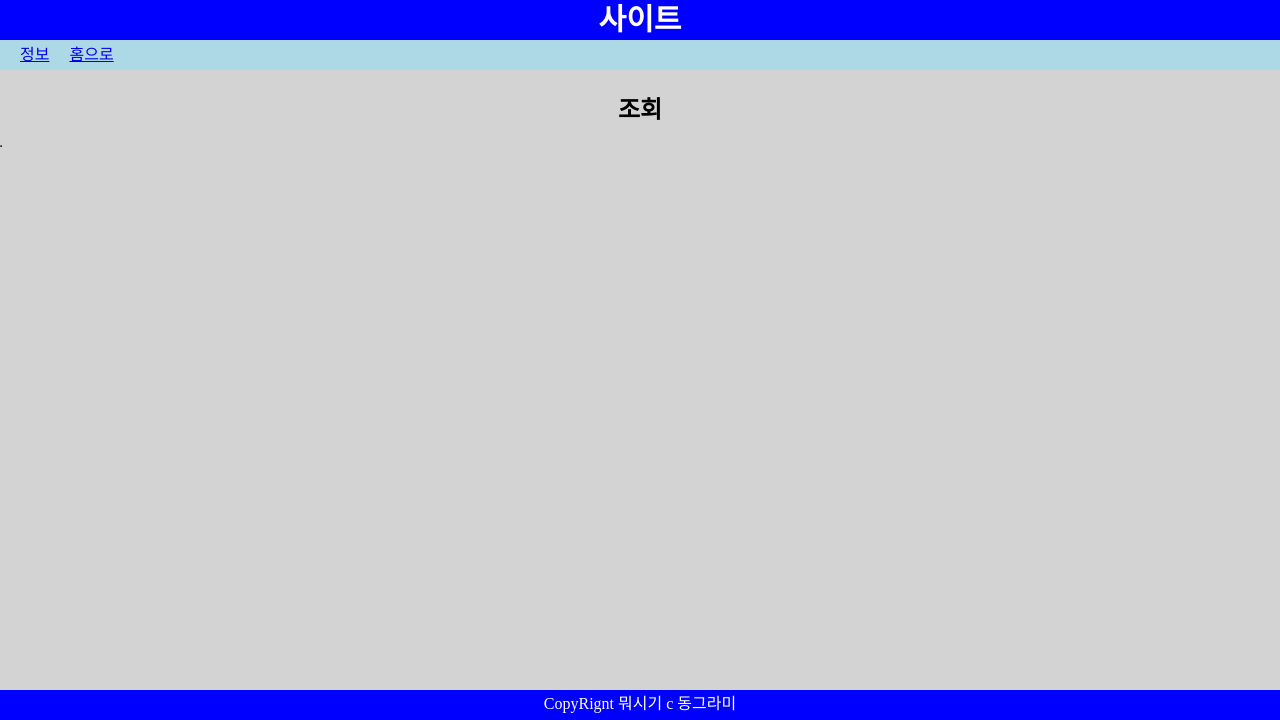
Repository: ImGaram/til
Page: http://localhost/practice/soqn/list.jsp
These files come from the project's save history. The page is drawn as it stood at one moment and after the next save; the edit follows.
The browser window is 1280 px wide. The pictures show the whole page.
The page is served by Tomcat 9.

Above is the page before, as saved 2022-06-28 11:49:07.

After the next save:
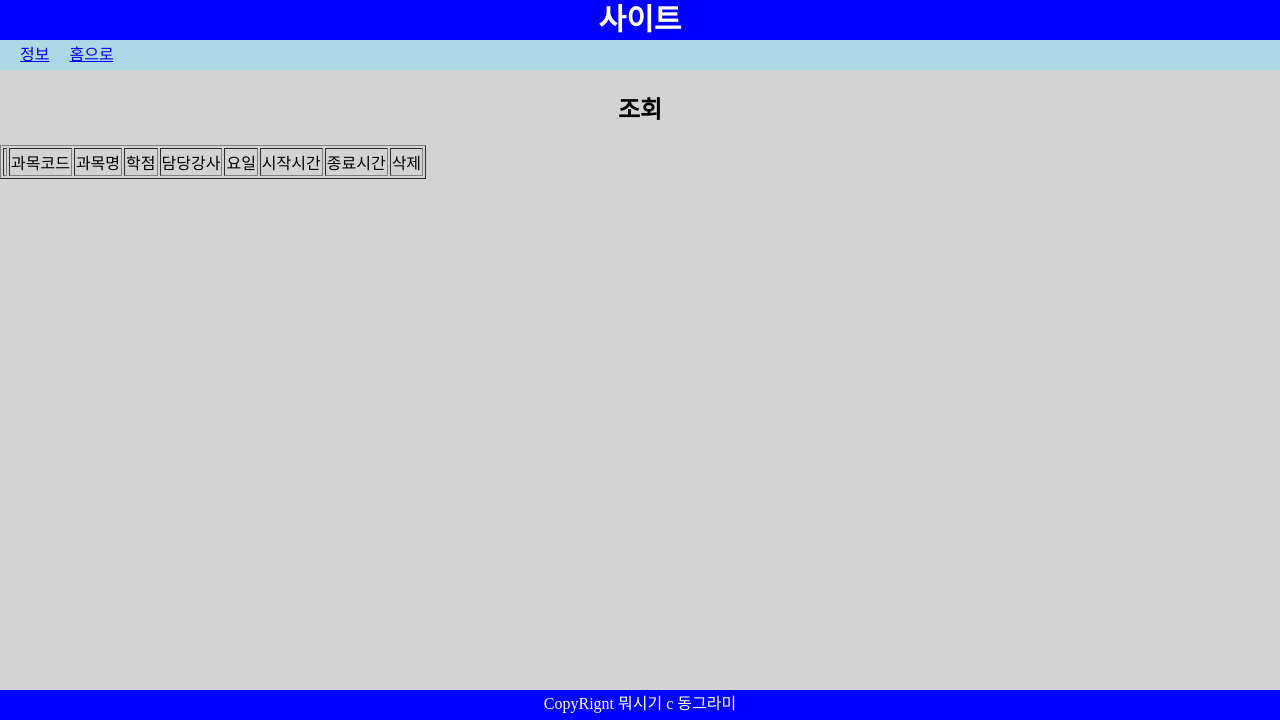
Saved 2 min 24 s later.
--- a/2학년 jsp(화면구현)/practice/src/main/webapp/soqn/list.jsp
+++ b/2학년 jsp(화면구현)/practice/src/main/webapp/soqn/list.jsp
@@ -11,7 +11,16 @@
 <section style="position:fixed; top:70px; left:0; width:100%; height:100%; background:lightgray;">
 <h2 style="text-align:center">조회</h2>
 <table border="1">
-
+<td>
+<td>과목코드</td>
+					<td>과목명</td>
+					<td>학점</td>
+					<td>담당강사</td>
+					<td>요일</td>
+					<td>시작시간</td>
+					<td>종료시간</td>
+					<td>삭제</td>
+</td>
 </table>
 </section>
 <jsp:include page="footer.jsp"></jsp:include>
